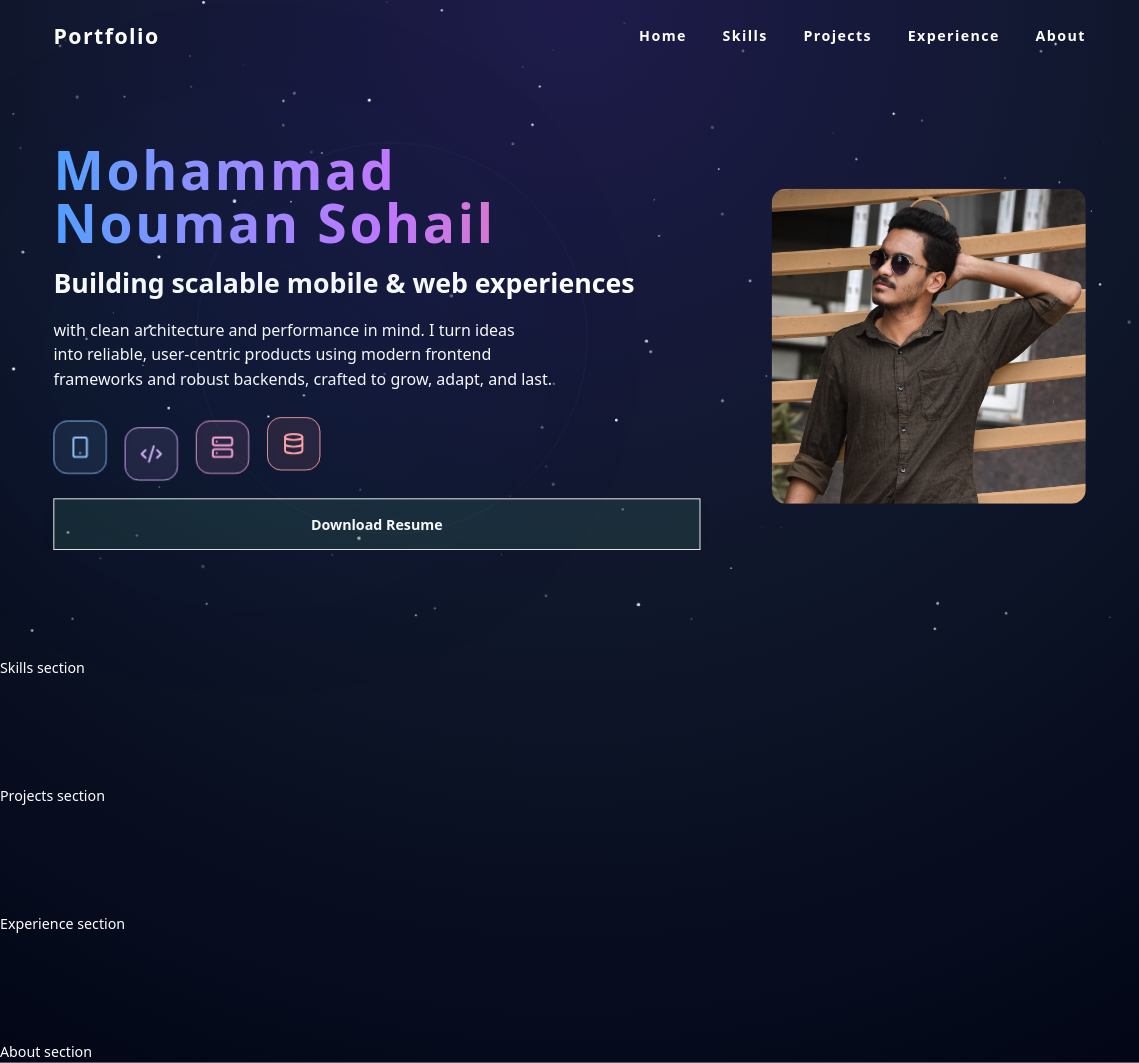
Repository: NoumanSohail/Nouman-Sohail-Portfolio
Page: /
An editor plug-in stored every save of this project. The page is shown before and after the next save, followed by the edit.
The browser window is 1280 px wide. The pictures show the whole page, at 89% of full size.
The project was rebuilt for these pictures with package versions that can differ from the ones it lists, and the page was loaded fresh each time. The framework's server and built-in components were replaced by stand-ins that run in the browser. Also part of the build but not shown: next.config.ts.

Above is the page before, as saved 2026-01-24 21:29:07.

After the next save:
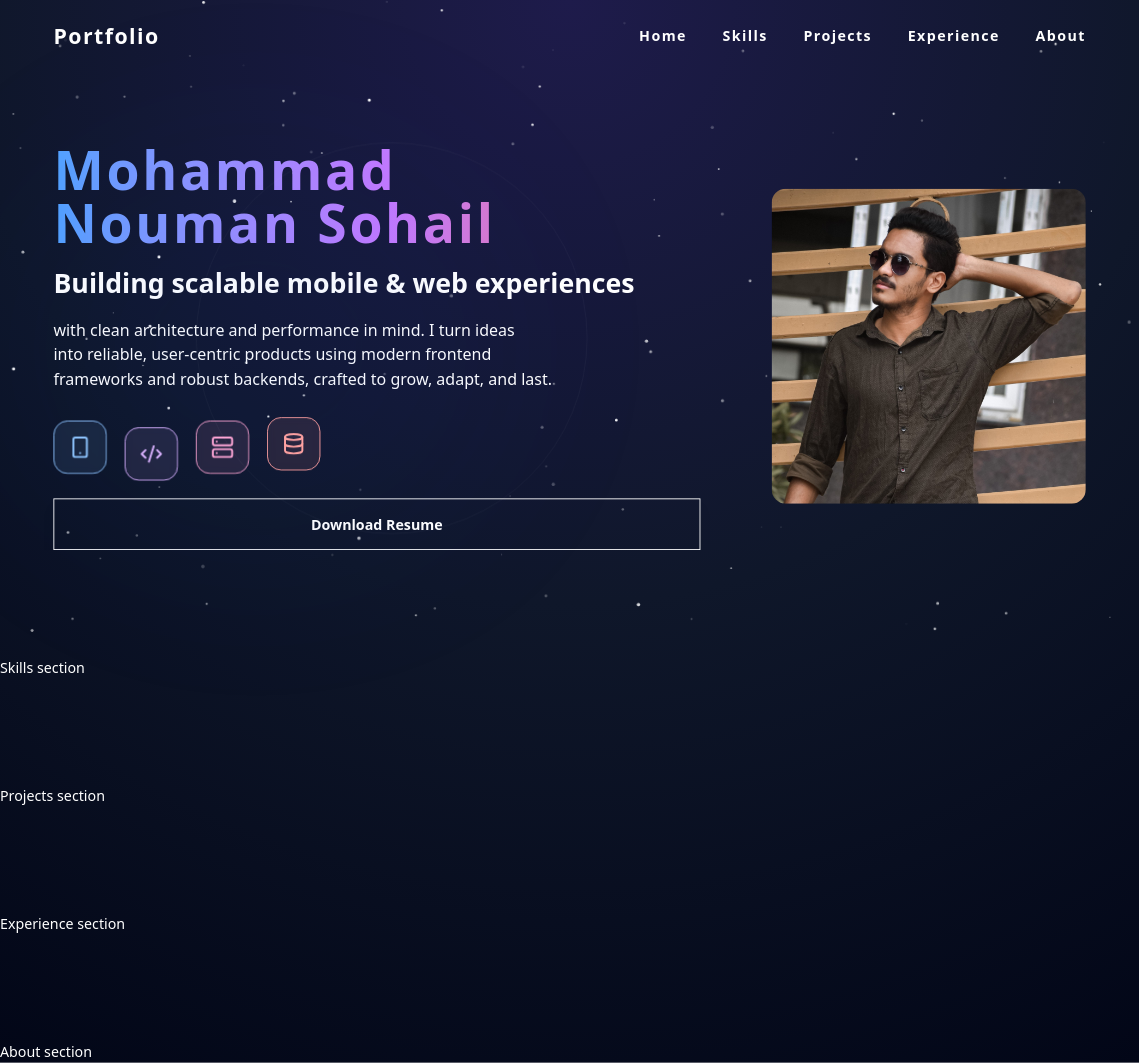
Saved 15 s later.
--- a/app/components/sections/Hero.tsx
+++ b/app/components/sections/Hero.tsx
@@ -84,7 +84,7 @@ const Hero = () => {
               />
             </div>
 
-            <Button title="Download Resume" onClick={() => {}} className="border border-white-300 bg-green-300/10 p-4 w-full" />
+            <Button title="Download Resume" onClick={() => {}} className="border border-white-300 bg-white-300/10 p-4 w-full" />
           </motion.div>
         </div>
 
